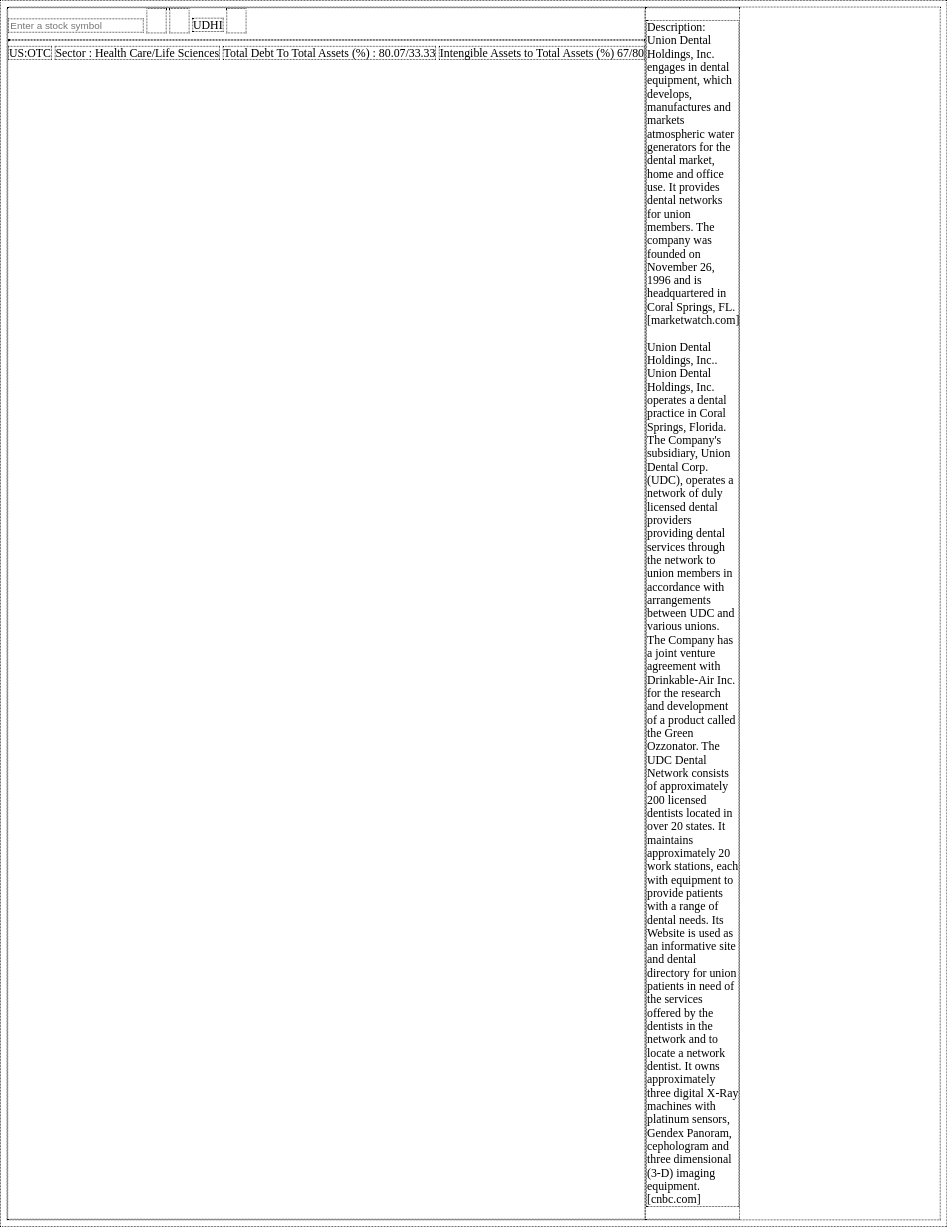
Repository: hadi4172/halal-stock-scanner
Page: popup.html
These files come from the project's save history. The page is drawn as it stood at one moment and after the next save; the edit follows.
The browser window is 1280 px wide. The pictures show the whole page, at 74% of full size.

Above is the page before, as saved 2020-09-24 14:16:33.

After the next save:
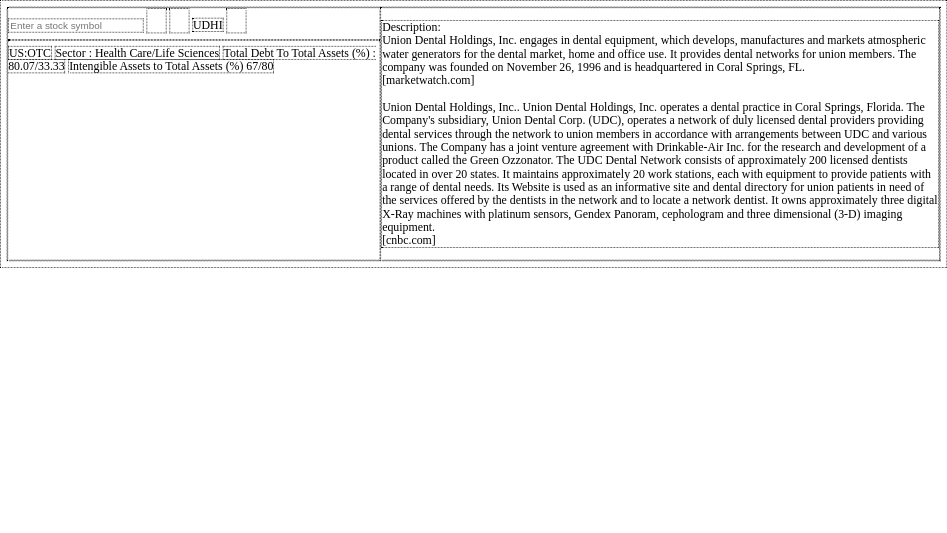
Saved 3 h 30 min later.
--- a/popup.css
+++ b/popup.css
@@ -7,5 +7,9 @@
 }
 
 #right{
-    width:10%
+    width:60%
 }
+
+#left{
+    width:40%
+}
